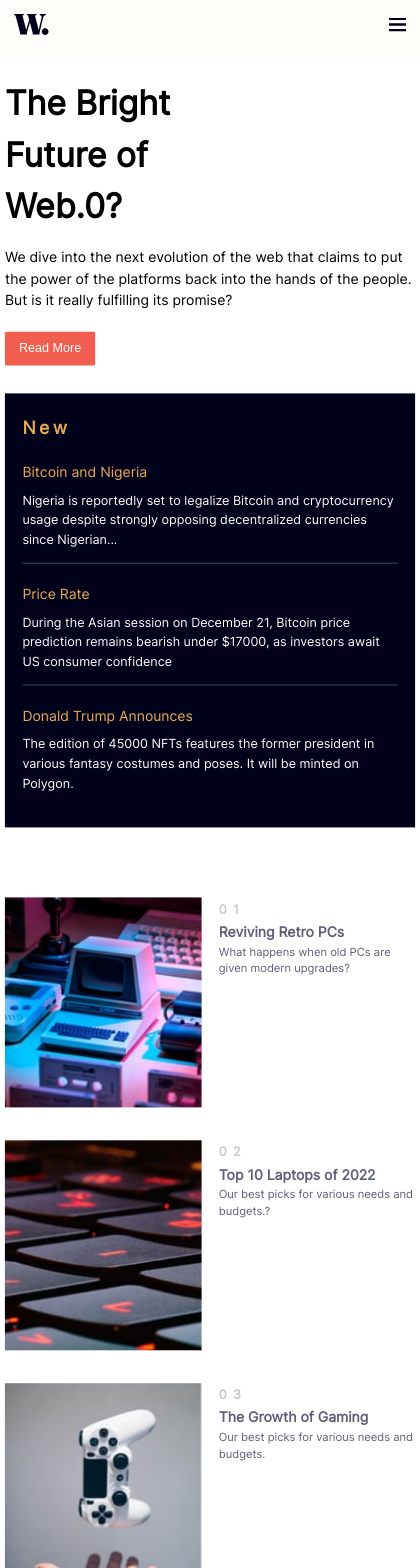
Repository: Benedict-Anthony/web3.0-blog-chain
Page: /
An editor plug-in stored every save of this project. The page is shown before and after the next save, followed by the edit.
The browser window is 600 px wide. The pictures show the part of the page from y = 0 to 2240 px (the page is 2500 px tall before and 2700 px after), at 70% of full size.
The project was rebuilt for these pictures with package versions that can differ from the ones it lists, and the page was loaded fresh each time. The framework's server and built-in components were replaced by stand-ins that run in the browser. Also part of the build but not shown: next.config.js, styles/styles.css.

Above is the page before, as saved 2022-12-23 01:39:02.

After the next save:
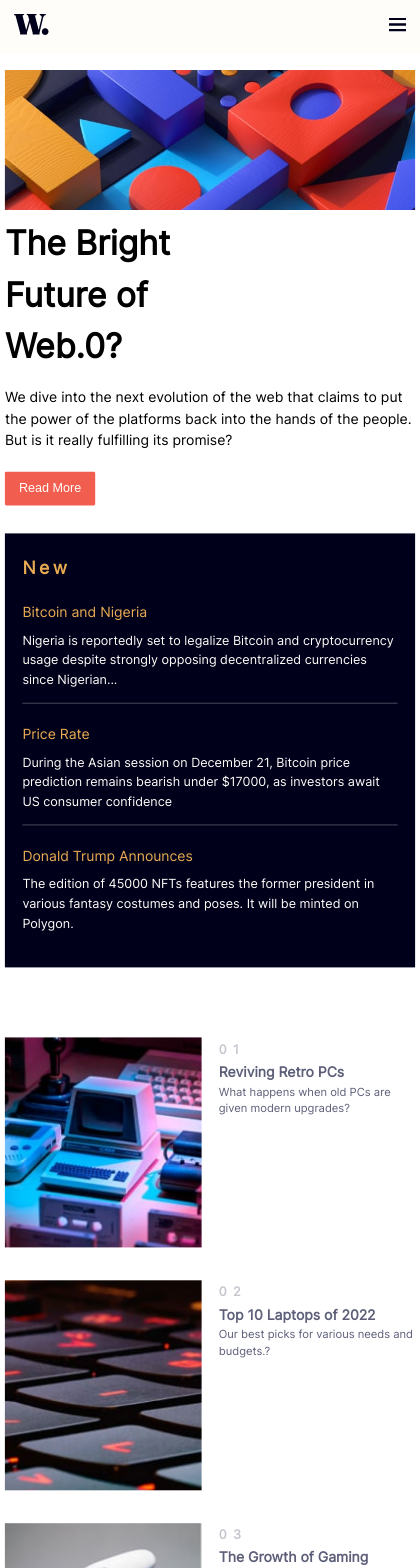
Saved 19 s later.
--- a/styles/showcase.module.scss
+++ b/styles/showcase.module.scss
@@ -28,7 +28,7 @@
     background:url("/landing/assets/images/image-web-3-desktop.jpg") no-repeat center/cover;
 
    @media (max-width:767px) {
-    height: auto;
+    height: 200px;
      background:url("/landing/assets/images/image-web-3-mobile.jpg") no-repeat center/cover;
    }
 }
